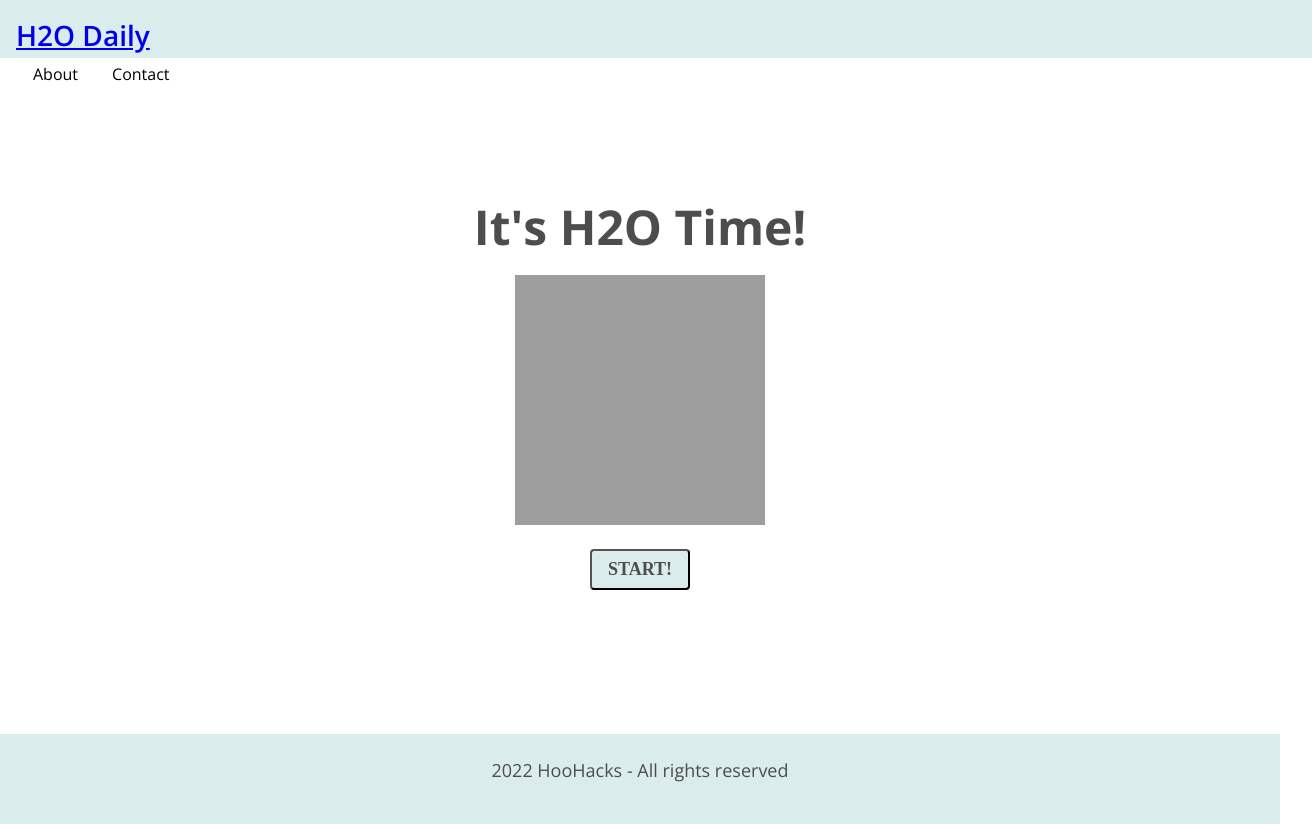
Repository: jennyjjung/H2ODaily
Page: index.html
The author's editor kept a copy of each file at every save. The page is drawn from the files as they stood at one save, then again after the next save.
The browser window is 1280 px wide. The page is 1312 px wide, then 1280 px, so the pictures cover 1312 px, including what lies to the right of the window. The pictures show the whole page.
Pictures or frames that could not be fetched are drawn as grey boxes. Some web fonts or font styles are not loaded; a fallback is used.

Above is the page before, as saved 2022-03-26 18:03:58.

### index.html
<!DOCTYPE html>
<html lang="en">
<head>
  <meta charset="UTF-8">
  <meta http-equiv="X-UA-Compatible" content="IE=edge">
  <meta name="viewport" content="width=device-width, initial-scale=1.0">
  <title>H2O Daily</title>
  <link href='https://fonts.googleapis.com/css?family=Unica One' rel='stylesheet'>
  <link href="https://fonts.googleapis.com/css2?family=Open+Sans:wght@400;600;700&display=swap" rel="stylesheet">
  <link rel="stylesheet" href="style.css" />
  <script src="main.js" defer></script>
</head>
<body>

  <nav id="navbar">
    <div class="navbar__logo">
      <i class="fa-solid fa-glass-water"></i>
      <a href="#">H2O Daily</a>
    </div>
    <div class="navbar__menu">
      <li class="navbar__menu__item">About</li>
      <li class="navbar__menu__item">Contact</li>
    </div>
  </nav>

  <section id="home">
    <div class= "home__container">
      <h1 class="home__title">It's H2O Time! </h1>
      <img src="images/krusty_krab.png" alt="H2ODaily Logo" class="home__logo">
      <button class="btn__home">START!</button>
    </div>
  </section>

  <section id="bottom">
    <div class= "bottom__container">
      <p class="bottom__rights">2022 HooHacks - All rights reserved</p>
    </div>
  </section>

</body>
</html>

### style.css
/* Global */
:root {
  /* Color */
  --color-white: #ffffff;
  --color-dark-grey: #4d4d4d;
  --color-blue: #daedec;
  --color-dark-blue: #b9d8d6;

  /* Font weight */
  --weight-bold: 700;
  --weight-semi-bold: 600;
  --weight-regular: 400;

  /* Font Size */
  --font-large: 48px;
  --font-medium: 28px;
  --font-regular: 18px;
  --font-small: 16px;
  --font-micro: 14px;

  /* Size */
  --size-border-radius: 4px;
}

body {
  margin: 0;
  font-family: "Open Sans";
  cursor: default;
}

h1 {
  font-size: var(--font-large);
  font-weight: var(--weight-bold);
  color: var(--color-black);
  margin: 16px 0px;
}

p {
  font-size: var(--font-regular);
  font-weight: var(--weight-regular);
  color: var(--color-dark-grey);
  margin: 4px 0;
}

li {
  list-style: none;
}

/* Navbar */
#navbar {
  width: 100%;
  height: 26px;
  background-color: var(--color-blue);
  padding: 16px;
}

.navbar__menu {
  display: flex;
}

.navbar__logo {
  font-size: var(--font-medium);
  font-weight: var(--weight-semi-bold);
}

.navbar__menu__item {
  padding: 8px 12px;
  margin: 0 4px;
  cursor: pointer;
  border: 1px solid transparent;
  border-radius: var(--size-border-radius);
}

/* Home */
#home {
  padding: 120px 40px;
  text-align: center;
}

.home__title {
  color: var(--color-dark-grey);
}

.home__container {
  display: flex;
  flex-direction: column;
  align-items: center;
}

.home__logo {
  width: 250px;
  height: 250px;
}

.btn__home {
  color: var(--color-dark-grey);
  background-color: var(--color-blue);
  font-size: var(--font-regular);
  font-weight: var(--weight-bold);
  font-family: "Unica One";
  margin: 24px;
  padding: 8px 16px;
  border-radius: var(--size-border-radius);
}

.btn__home:hover {
  background-color: var(--color-dark-blue);
}

#bottom {
  background-color: var(--color-blue);
  padding: 20px;
  text-align: center;
  height: 50px;
}

Loaded but not shown: main.js (no copy from this time; the picture is the same without it)

After the next save:
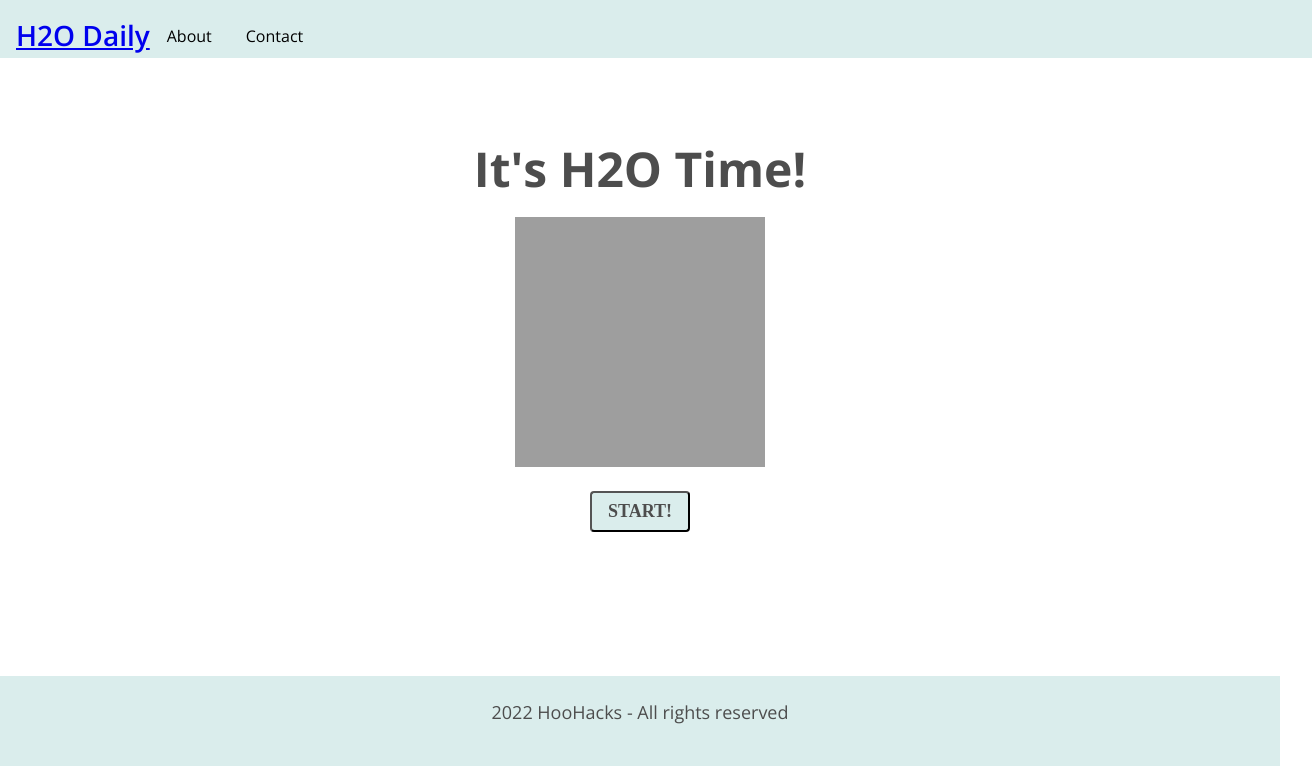
Saved 22 s later.
--- a/style.css
+++ b/style.css
@@ -48,6 +48,8 @@ li {
 
 /* Navbar */
 #navbar {
+  position: fixed;
+  display: flex;
   width: 100%;
   height: 26px;
   background-color: var(--color-blue);
